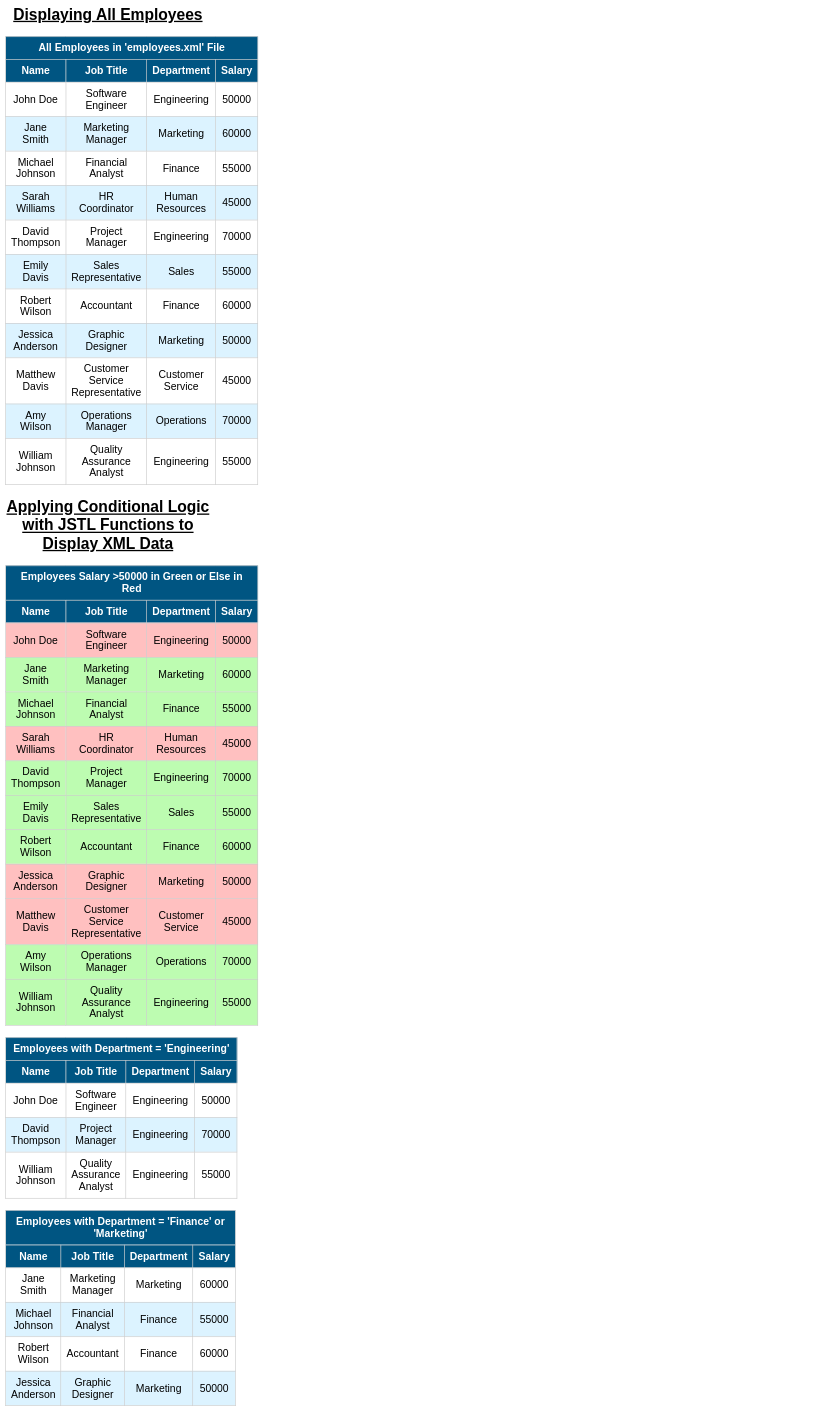
Repository: bkyncl/csd-430
Page: http://localhost/kyncl_mod9/
These files come from the project's save history. The page is drawn as it stood at one moment and after the next save; the edit follows.
The browser window is 1280 px wide. The pictures show the whole page, at 65% of full size.
The page is served by Tomcat 9.

Above is the page before, as saved 2023-07-05 06:50:39.

### kyncl_mod9/src/main/webapp/index.jsp
<%--
index.jsp
Module 9 assignment
Name: Brittany Kyncl
Date: 7.5.22
Course: CSD430
File to example the usage the usage of JSTL and XPath to parse XML data,
iterate over XML elements, apply conditional logic, and display the data in with customized styling.
Context purpose is to parse the XML file 'employees.xml' containing
employees data, and display it in tabular format. The file incorporates JSTL tags and functions
to manipulate the XML data and apply conditional logic for displaying the data based on various criteria.

--%>
<%@ page language="java" contentType="text/html; charset=ISO-8859-1" pageEncoding="ISO-8859-1"%>
<%@taglib uri="http://java.sun.com/jsp/jstl/core" prefix="c"%>
<%@taglib uri="http://java.sun.com/jsp/jstl/xml" prefix="x"%>
<html>
<head>
	<title>Parsing employees.xml</title>
	<link rel="stylesheet" type="text/css" href="styles.css">
</head>
<body>
	<c:import url="employees.xml" var="employeeData"/>
	<x:parse doc="${employeeData}" var="dom"/>
<div class="container">
	<div class="left">
		<h2>Displaying All Employees</h2>
		<table border="1">
			<tr>
				<th colspan="4">All Employees in 'employees.xml' File</th>
			</tr>
			<tr>
				 <th>Name</th>
				 <th>Job Title</th>
				 <th>Department</th>
				 <th>Salary</th>
			</tr>
			<x:forEach var="employee" select="$dom/employees/employee">
			<%-- Displaying the details of each employee --%>
			<tr>
			  	<td><x:out select="$employee/name"/></td>
				<td><x:out select="$employee/jobTitle"/></td>
				<td><x:out select="$employee/department"/></td>
				<td><x:out select="$employee/salary"/></td>

			</x:forEach>
		</table>
	</div>
	<div class="right">
		<h2>Applying Conditional Logic with JSTL Functions to Display XML Data</h2>
		<table border="1">
		    <tr>
		        <th colspan="4">Employees Salary >50000 in Green or Else in Red</th>
		    </tr>
		    <tr>
		        <th>Name</th>
		        <th>Job Title</th>
		        <th>Department</th>
		        <th>Salary</th>
		    </tr>
		    <x:forEach var="employee" select="$dom/employees/employee">
		        <x:choose>
		        	<%-- Applying styling to employees with salary > 50000 --%>
		            <x:when select="$employee/salary>50000">
		                <tr style="background-color: #BDFCB1;">
		                    <td><x:out select="$employee/name"/></td>
		                    <td><x:out select="$employee/jobTitle"/></td>
		                    <td><x:out select="$employee/department"/></td>
		                    <td><x:out select="$employee/salary"/></td>
		                </tr>
		            </x:when>
		            <%-- Applying styling to employees with salary <= 50000 --%>
		            <x:when select="$employee/salary<=50000">
		                <tr style="background-color: #FFC0C0;">
		                    <td><x:out select="$employee/name"/></td>
		                    <td><x:out select="$employee/jobTitle"/></td>
		                    <td><x:out select="$employee/department"/></td>
		                    <td><x:out select="$employee/salary"/></td>
		                </tr>
		            </x:when>
		            <%-- Displaying employees without any styling for otherwise clause (just in case conditions not met) --%>
		            <x:otherwise>
		                <tr>
		                    <td><x:out select="$employee/name"/></td>
		                    <td><x:out select="$employee/jobTitle"/></td>
		                    <td><x:out select="$employee/department"/></td>
		                    <td><x:out select="$employee/salary"/></td>
		                </tr>
		            </x:otherwise>
		        </x:choose>
		    </x:forEach>
		</table>
	    <br>
	    <table border="1">
		    <tr>
		        <th colspan="4">Employees with Department = 'Engineering'</th>
		    </tr>
		    <tr>
		        <th>Name</th>
		        <th>Job Title</th>
		        <th>Department</th>
		        <th>Salary</th>
		    </tr>
		    <x:forEach var="employee" select="$dom/employees/employee">
		        <x:choose>
		        	<%-- Filtering and displaying employees with the department value 'Engineering' --%>
		            <x:when select="$employee/department='Engineering'">
		                <tr>
		                    <td><x:out select="$employee/name"/></td>
		                    <td><x:out select="$employee/jobTitle"/></td>
		                    <td><x:out select="$employee/department"/></td>
		                    <td><x:out select="$employee/salary"/></td>
		                </tr>
		            </x:when>
		        </x:choose>
		    </x:forEach>
		</table>
		<br>
		<table border="1">
		    <tr>
		        <th colspan="4">Employees with Department = 'Finance' or 'Marketing'</th>
		    </tr>
		    <tr>
		        <th>Name</th>
		        <th>Job Title</th>
		        <th>Department</th>
		        <th>Salary</th>
		    </tr>
		    <x:forEach var="employee" select="$dom/employees/employee">
		        <x:choose>
		        	<%-- Filtering and displaying employees with the department values 'Finance' or 'Marketing' --%>
		            <x:when select="$employee/department='Finance' or $employee/department='Marketing'">
		                <tr>
		                    <td><x:out select="$employee/name"/></td>
		                    <td><x:out select="$employee/jobTitle"/></td>
		                    <td><x:out select="$employee/department"/></td>
		                    <td><x:out select="$employee/salary"/></td>
		                </tr>
		            </x:when>
		        </x:choose>
		    </x:forEach>
		</table>
	</div>
</div>

</body>
</html>

### kyncl_mod9/src/main/webapp/employees.xml
<?xml version="1.0" encoding="UTF-8"?>
<employees>
  <employee>
    <name>John Doe</name>
    <jobTitle>Software Engineer</jobTitle>
    <department>Engineering</department>
    <salary>50000</salary>
  </employee>
  <employee>
    <name>Jane Smith</name>
    <jobTitle>Marketing Manager</jobTitle>
    <department>Marketing</department>
    <salary>60000</salary>
  </employee>
  <employee>
    <name>Michael Johnson</name>
    <jobTitle>Financial Analyst</jobTitle>
    <department>Finance</department>
    <salary>55000</salary>
  </employee>
  <employee>
    <name>Sarah Williams</name>
    <jobTitle>HR Coordinator</jobTitle>
    <department>Human Resources</department>
    <salary>45000</salary>
  </employee>
  <employee>
    <name>David Thompson</name>
    <jobTitle>Project Manager</jobTitle>
    <department>Engineering</department>
    <salary>70000</salary>
  </employee>
  <employee>
    <name>Emily Davis</name>
    <jobTitle>Sales Representative</jobTitle>
    <department>Sales</department>
    <salary>55000</salary>
  </employee>
  <employee>
    <name>Robert Wilson</name>
    <jobTitle>Accountant</jobTitle>
    <department>Finance</department>
    <salary>60000</salary>
  </employee>
  <employee>
    <name>Jessica Anderson</name>
    <jobTitle>Graphic Designer</jobTitle>
    <department>Marketing</department>
    <salary>50000</salary>
  </employee>
  <employee>
    <name>Matthew Davis</name>
    <jobTitle>Customer Service Representative</jobTitle>
    <department>Customer Service</department>
    <salary>45000</salary>
  </employee>
  <employee>
    <name>Amy Wilson</name>
    <jobTitle>Operations Manager</jobTitle>
    <department>Operations</department>
    <salary>70000</salary>
  </employee>
  <employee>
    <name>William Johnson</name>
    <jobTitle>Quality Assurance Analyst</jobTitle>
    <department>Engineering</department>
    <salary>55000</salary>
  </employee>
</employees>

### kyncl_mod9/src/main/webapp/styles.css
/* Table styles */
body {
  font-family: Arial, sans-serif;
}
div {
	width: 50%;
}
h2 {
	text-decoration: underline;
	text-align: center;
}
table {
  width: 50%;
  border-collapse: collapse;
}
table tr:nth-child(even) {
  background-color: #dcf3ff; /* Replace with your desired color */
}

table th, table td {
  padding: 8px;
  text-align: center;
  border: 1px solid #ccc;
}

table th {
  background-color: #005582;
  color: #fff;
}

After the next save:
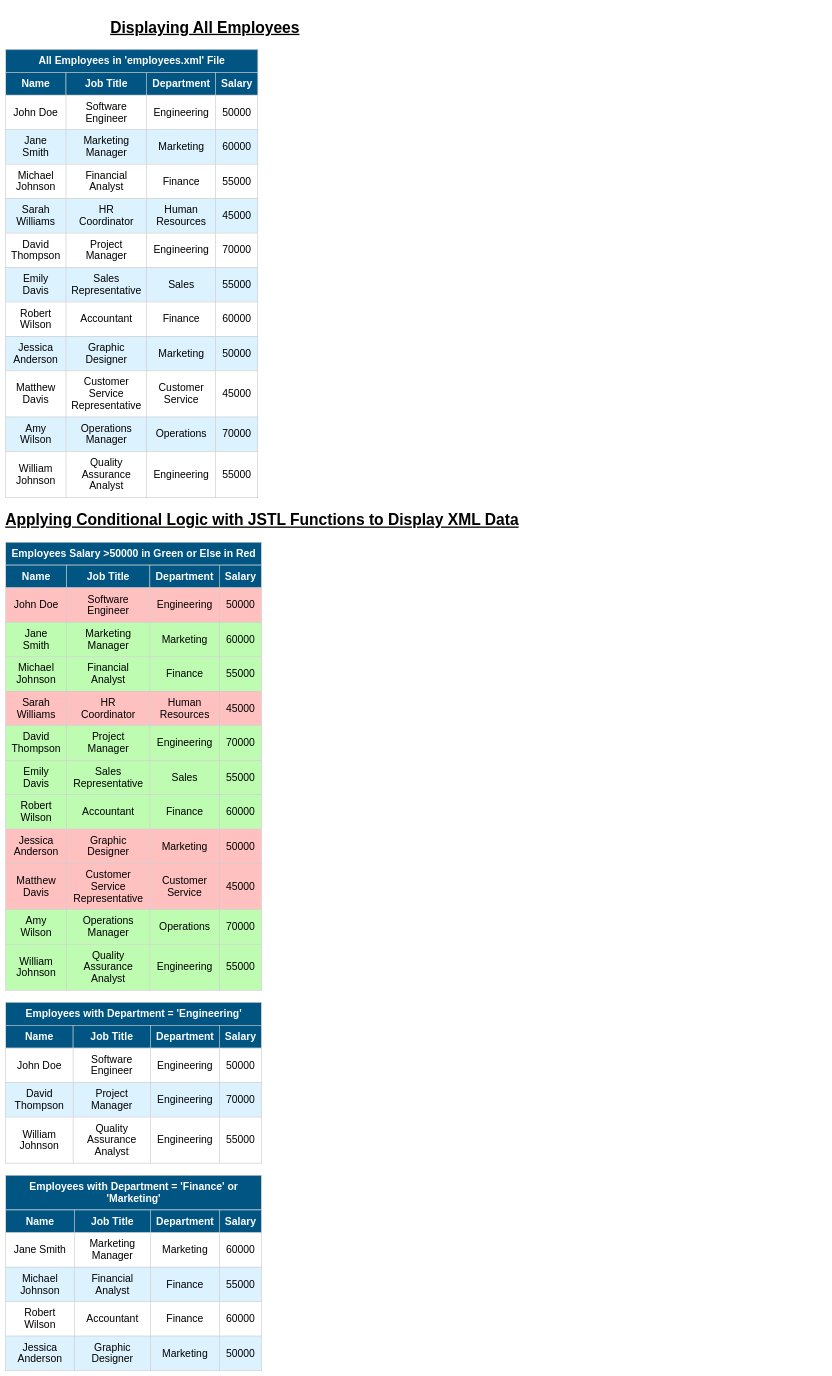
Saved 46 s later.
--- a/kyncl_mod9/src/main/webapp/styles.css
+++ b/kyncl_mod9/src/main/webapp/styles.css
@@ -2,8 +2,16 @@
 body {
   font-family: Arial, sans-serif;
 }
-div {
-	width: 50%;
+.container {
+	display: flex;
+	flex-wrap: wrap;
+}
+.left-div {
+  flex: 1 1 50%;
+}
+
+.right-div {
+  flex: 1 1 50%;
 }
 h2 {
 	text-decoration: underline;
